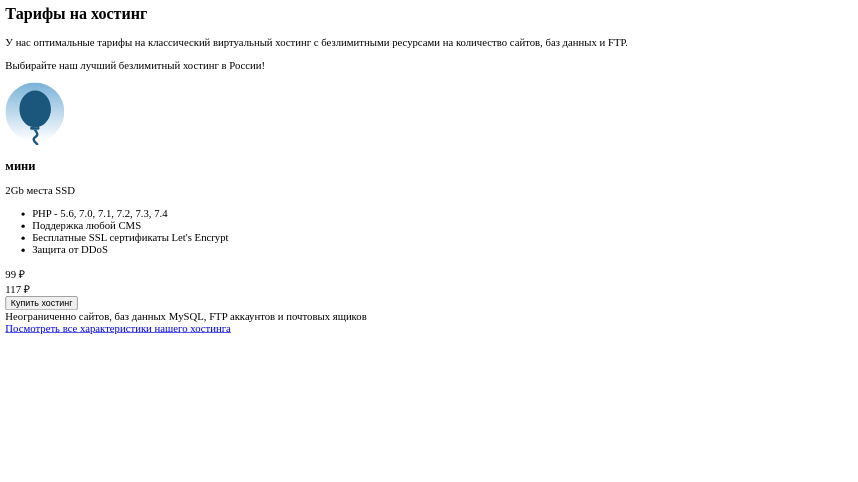
Repository: Inzhir2022/hosting
Page: src/_includes/_tariffs.html
These files come from the project's save history. The page is drawn as it stood at one moment and after the next save; the edit follows.
The browser window is 1280 px wide. The pictures show the whole page, at 67% of full size.

Above is the page before, as saved 2022-07-19 06:06:17.

### src/_includes/_tariffs.html
<section class="tariffs">
  <div class="container">
    <h2 class="tariffs__title">Тарифы на хостинг</h2>
    <div class="tariffs__text">
      <p>У нас оптимальные тарифы на классический виртуальный хостинг с безлимитными ресурсами на количество сайтов, баз данных и FTP.</p>
      <p>Выбирайте наш лучший <span class="tariffs__text_bold"> безлимитный</span> хостинг в России!</p>
    </div>
    <div class="tariffs__cards cards-block">
      <div class="card tariffs__card">
        <div class="card__header">
          <img src="../img/tariffs/tariffs_mini.svg" alt="icon">
          <h3 class="card__title">мини</h3>

        </div>
        <div class="card__body">
          <div class="card__subheader">2Gb места SSD </div>
          <ul class="card__list">
            <li class="card__item">PHP - 5.6, 7.0, 7.1, 7.2, 7.3, 7.4</li>
            <li class="card__item">Поддержка любой CMS</li>
            <li class="card__item">Бесплатные SSL сертификаты Let's Encrypt</li>
            <li class="card__item">Защита от DDoS</li>
          </ul>
        </div>
        <div class="card__footer">
          <div class="card__price">
            <div class="new-price">99 ₽</div>
            <div class="old-price">117 ₽</div>
          </div>
          <div class="btn card__btn">
            <button>Купить хостинг</button>
          </div>
        </div>
      </div>
    </div>
    <div class="cards-block__descr">Неограниченно сайтов, баз данных MySQL, FTP аккаунтов и почтовых ящиков</div>
    <div class="tariffs__link-more">
      <a href="#">Посмотреть все характеристики нашего хостинга</a>
    </div>
  </div>
</section>

After the next save:
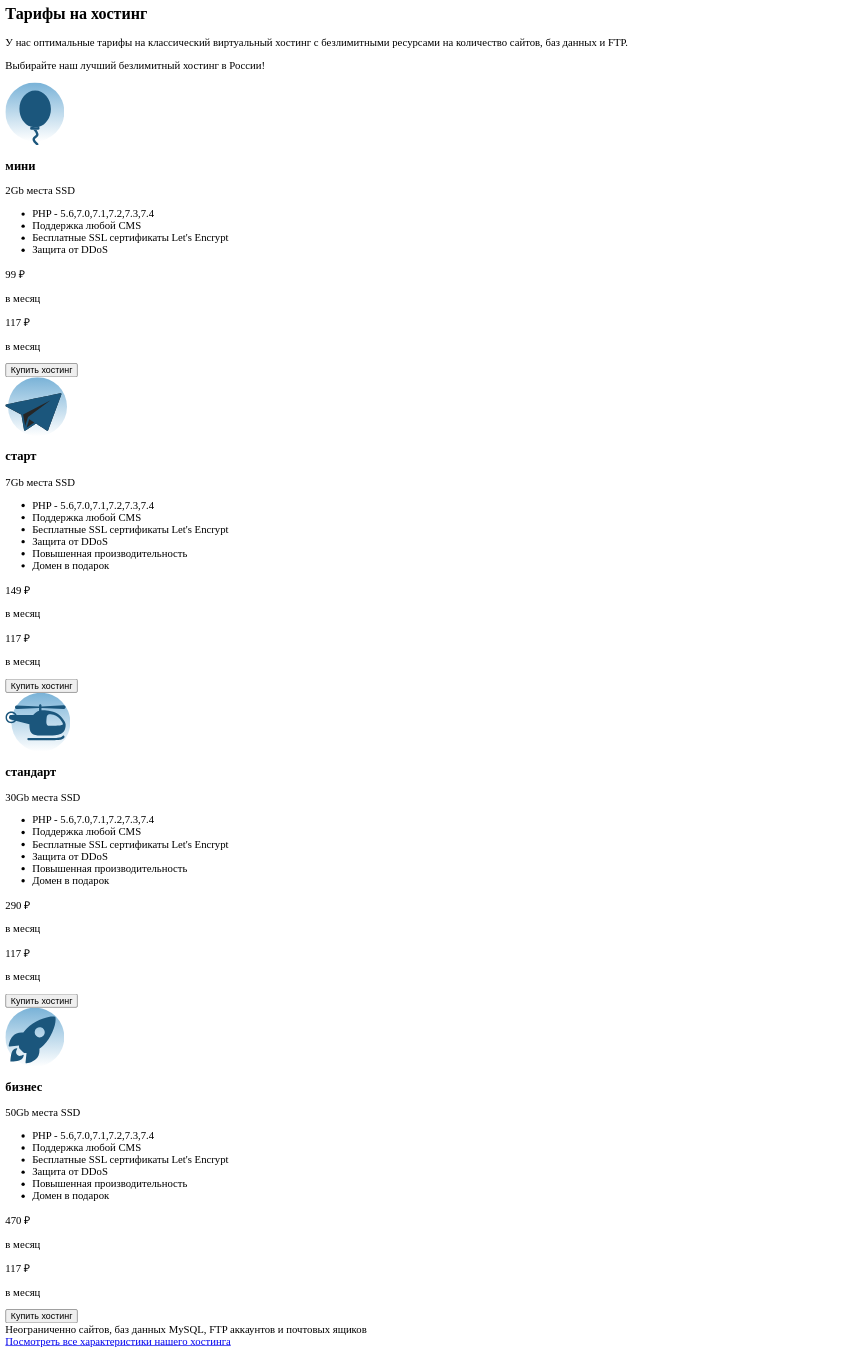
Saved 5 min 43 s later.
--- a/src/_includes/_tariffs.html
+++ b/src/_includes/_tariffs.html
@@ -5,34 +5,122 @@
       <p>У нас оптимальные тарифы на классический виртуальный хостинг с безлимитными ресурсами на количество сайтов, баз данных и FTP.</p>
       <p>Выбирайте наш лучший <span class="tariffs__text_bold"> безлимитный</span> хостинг в России!</p>
     </div>
-    <div class="tariffs__cards cards-block">
-      <div class="card tariffs__card">
-        <div class="card__header">
-          <img src="../img/tariffs/tariffs_mini.svg" alt="icon">
-          <h3 class="card__title">мини</h3>
+    <div class="card tariffs__card mini">
+      <div class="card__header">
+        <img src="../img/tariffs/tariffs_mini.svg" alt="icon">
+        <h3 class="card__title">мини</h3>
 
-        </div>
-        <div class="card__body">
-          <div class="card__subheader">2Gb места SSD </div>
-          <ul class="card__list">
-            <li class="card__item">PHP - 5.6, 7.0, 7.1, 7.2, 7.3, 7.4</li>
-            <li class="card__item">Поддержка любой CMS</li>
-            <li class="card__item">Бесплатные SSL сертификаты Let's Encrypt</li>
-            <li class="card__item">Защита от DDoS</li>
-          </ul>
-        </div>
+      </div>
+      <div class="card__body">
+        <div class="card__subheader">2Gb места SSD </div>
+        <ul class="card__list">
+          <li class="card__item">PHP - 5.6,7.0,7.1,7.2,7.3,7.4</li>
+          <li class="card__item">Поддержка любой CMS</li>
+          <li class="card__item">Бесплатные SSL сертификаты Let's Encrypt</li>
+          <li class="card__item">Защита от DDoS</li>
+        </ul>
         <div class="card__footer">
           <div class="card__price">
-            <div class="new-price">99 ₽</div>
-            <div class="old-price">117 ₽</div>
+            <div class="new-price">
+              <div class="new-price-bg"></div>
+              99 ₽ <p class="minitext">в месяц</p>
+            </div>
+            <div class="old-price">117 ₽ <p class="minitext">в месяц</p>
+            </div>
           </div>
-          <div class="btn card__btn">
-            <button>Купить хостинг</button>
-          </div>
+          <button class="btn card__btn">Купить хостинг</button>
         </div>
       </div>
     </div>
-    <div class="cards-block__descr">Неограниченно сайтов, баз данных MySQL, FTP аккаунтов и почтовых ящиков</div>
+    <div class="card tariffs__card start">
+      <div class="card__header">
+        <img src="../img/tariffs/tariffs_start.svg" alt="icon">
+        <h3 class="card__title">старт</h3>
+
+      </div>
+      <div class="card__body">
+        <div class="card__subheader">7Gb места SSD</div>
+        <ul class="card__list">
+          <li class="card__item">PHP - 5.6,7.0,7.1,7.2,7.3,7.4</li>
+          <li class="card__item">Поддержка любой CMS</li>
+          <li class="card__item">Бесплатные SSL сертификаты Let's Encrypt</li>
+          <li class="card__item">Защита от DDoS</li>
+          <li class="card__item">Повышенная производительность</li>
+          <li class="card__item">Домен в подарок</li>
+        </ul>
+        <div class="card__footer">
+          <div class="card__price">
+            <div class="new-price">
+              <div class="new-price-bg"></div>
+              149 ₽ <p class="minitext">в месяц</p>
+            </div>
+            <div class="old-price">117 ₽ <p class="minitext">в месяц</p>
+            </div>
+          </div>
+          <button class="btn card__btn">Купить хостинг</button>
+        </div>
+      </div>
+    </div>
+    <div class="card tariffs__card standart">
+      <div class="card__header">
+        <img src="../img/tariffs/tariffs_standart.svg" alt="icon">
+        <h3 class="card__title">стандарт</h3>
+
+      </div>
+      <div class="card__body">
+        <div class="card__subheader">30Gb места SSD</div>
+        <ul class="card__list">
+          <li class="card__item">PHP - 5.6,7.0,7.1,7.2,7.3,7.4</li>
+          <li class="card__item">Поддержка любой CMS</li>
+          <li class="card__item">Бесплатные SSL сертификаты Let's Encrypt</li>
+          <li class="card__item">Защита от DDoS</li>
+          <li class="card__item">Повышенная производительность</li>
+          <li class="card__item">Домен в подарок</li>
+        </ul>
+        <div class="card__footer">
+          <div class="card__price">
+            <div class="new-price">
+              <div class="new-price-bg"></div>
+              290 ₽<p class="minitext">в месяц</p>
+            </div>
+            <div class="old-price">117 ₽ <p class="minitext">в месяц</p>
+            </div>
+          </div>
+          <button class="btn card__btn">Купить хостинг</button>
+        </div>
+      </div>
+    </div>
+    <div class="card tariffs__card business">
+      <div class="card__header">
+        <img src="../img/tariffs/tariffs_business.svg" alt="icon">
+        <h3 class="card__title">бизнес</h3>
+
+      </div>
+      <div class="card__body">
+        <div class="card__subheader">50Gb места SSD</div>
+        <ul class="card__list">
+          <li class="card__item">PHP - 5.6,7.0,7.1,7.2,7.3,7.4</li>
+          <li class="card__item">Поддержка любой CMS</li>
+          <li class="card__item">Бесплатные SSL сертификаты Let's Encrypt</li>
+          <li class="card__item">Защита от DDoS</li>
+          <li class="card__item">Повышенная производительность</li>
+          <li class="card__item">Домен в подарок</li>
+        </ul>
+        <div class="card__footer">
+          <div class="card__price">
+            <div class="new-price">
+              <div class="new-price-bg"></div>
+              470 ₽<p class="minitext">в месяц</p>
+            </div>
+            <div class="old-price">117 ₽ <p class="minitext">в месяц</p>
+            </div>
+          </div>
+          <button class="btn card__btn">Купить хостинг</button>
+        </div>
+      </div>
+    </div>
+    <div class="card__descr">
+      Неограниченно сайтов, баз данных MySQL, FTP аккаунтов и почтовых ящиков</div>
     <div class="tariffs__link-more">
       <a href="#">Посмотреть все характеристики нашего хостинга</a>
     </div>
